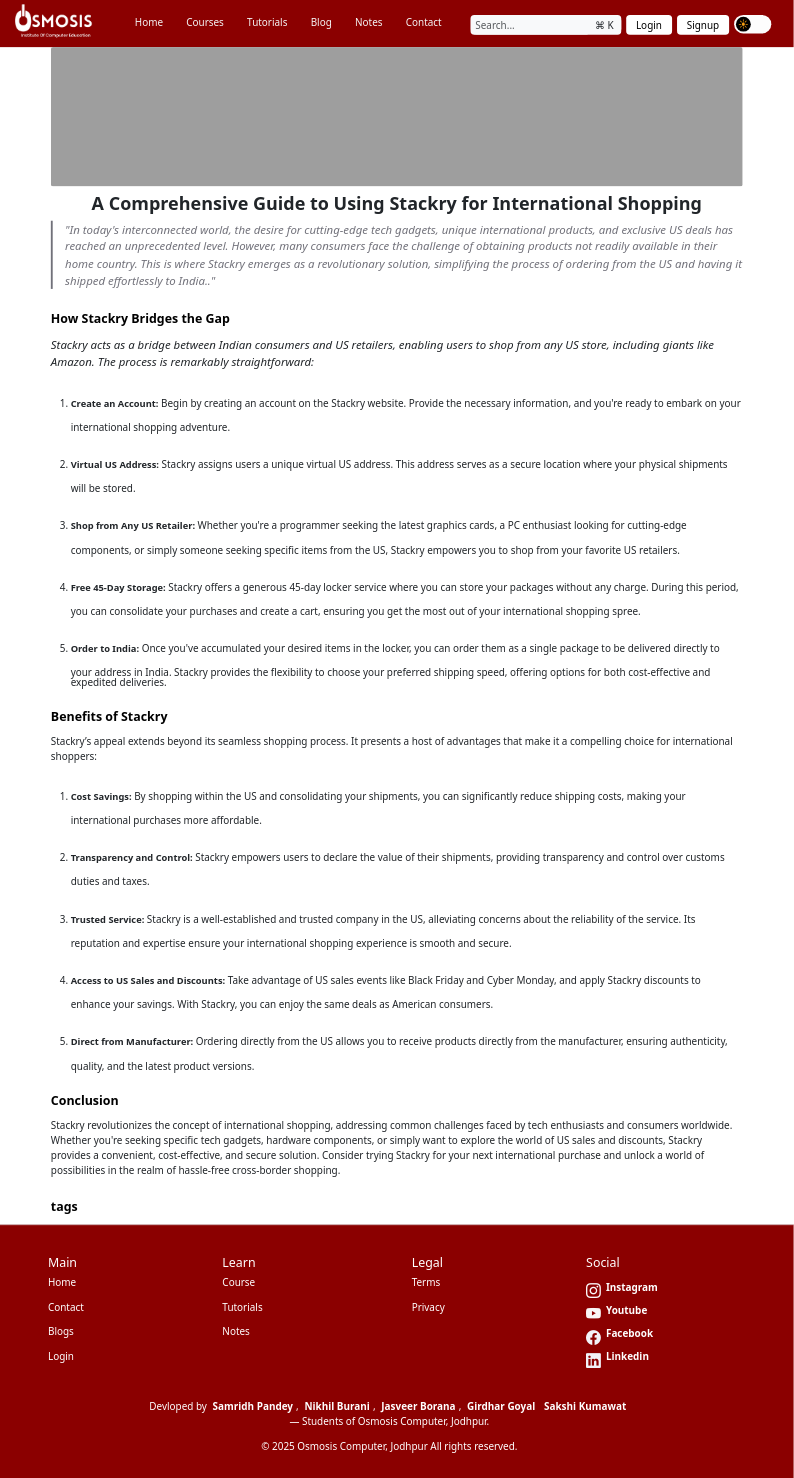
Repository: samriidhpandey/osmosis
Page: /Blog/Stackry
The author's editor kept a copy of each file at every save. The page is drawn from the files as they stood at one save, then again after the next save.
The browser window is 1280 px wide. The pictures show the whole page, at 62% of full size.
Pictures or frames that could not be fetched are drawn as grey boxes. The project was rebuilt for these pictures with package versions that can differ from the ones it lists, and the page was loaded fresh each time. Also part of the build but not shown: vite.config.js, src/Section2.jsx, src/Section3.jsx, src/Section4.jsx, src/InfiniteReviewScroll.jsx, src/Section5.jsx, src/TypingText.jsx, src/AnimatedName.jsx and 103 more. Imported but missing from the stored project, and not drawn on this page: src/Images/final-app-on-mobile.mp4, src/Images/final-app-on-pc.mp4, src/Images/open-terminals.mp4, src/Images/python-location.mp4.

Above is the page before, as saved 2025-07-21 15:54:53.

After the next save:
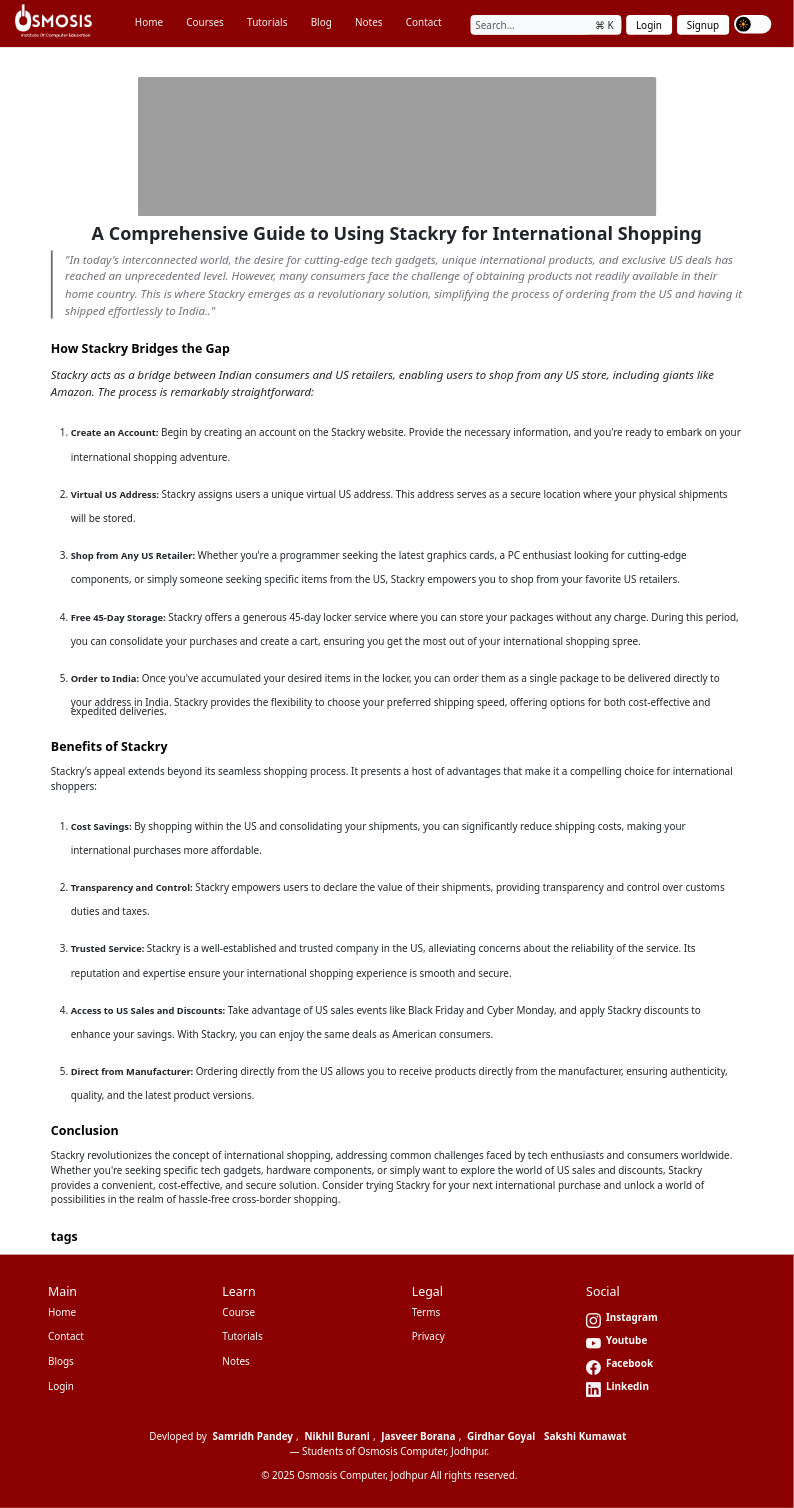
Saved 30 s later.
--- a/src/Component5/Stackry.jsx
+++ b/src/Component5/Stackry.jsx
@@ -10,7 +10,7 @@
         <div className="container" >
             <div className="">
 
-                    <img src={stackry}  className="blog-page-img" />
+                    <img src={stackry}  className="blog-page-img w-75 m-auto d-flex mt-5" />
                     <h1 className="blog-page-text2">A Comprehensive Guide to Using Stackry for International Shopping</h1>
                     <p className="blog-page-content2 border-zinc-500 ">"In today's interconnected world, the desire for cutting-edge tech gadgets, unique international products, and exclusive US deals has reached an unprecedented level. However, many consumers face the challenge of obtaining products not readily available in their home country. This is where Stackry emerges as a revolutionary solution, simplifying the process of ordering from the US and having it shipped effortlessly to India.."
 </p>
